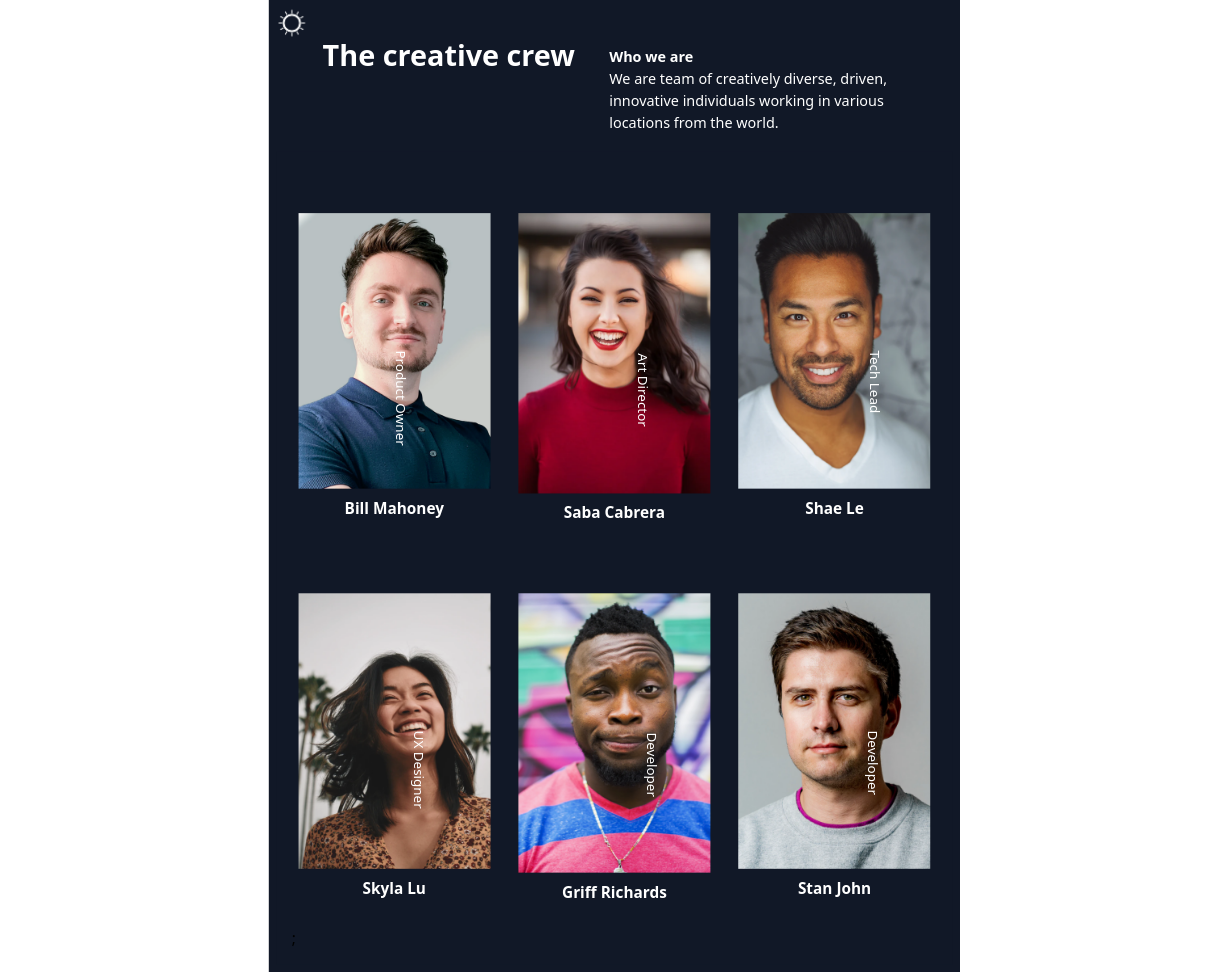
Repository: Alzate1075/Funval-G3-N2
Page: /
These files come from the project's save history. The page is drawn as it stood at one moment and after the next save; the edit follows.
The browser window is 1280 px wide. The pictures show the whole page, at 96% of full size.
The project was rebuilt for these pictures with package versions that can differ from the ones it lists, and the page was loaded fresh each time. Also part of the build but not shown: vite.config.js.

Above is the page before, as saved 2025-07-02 22:29:29.

After the next save:
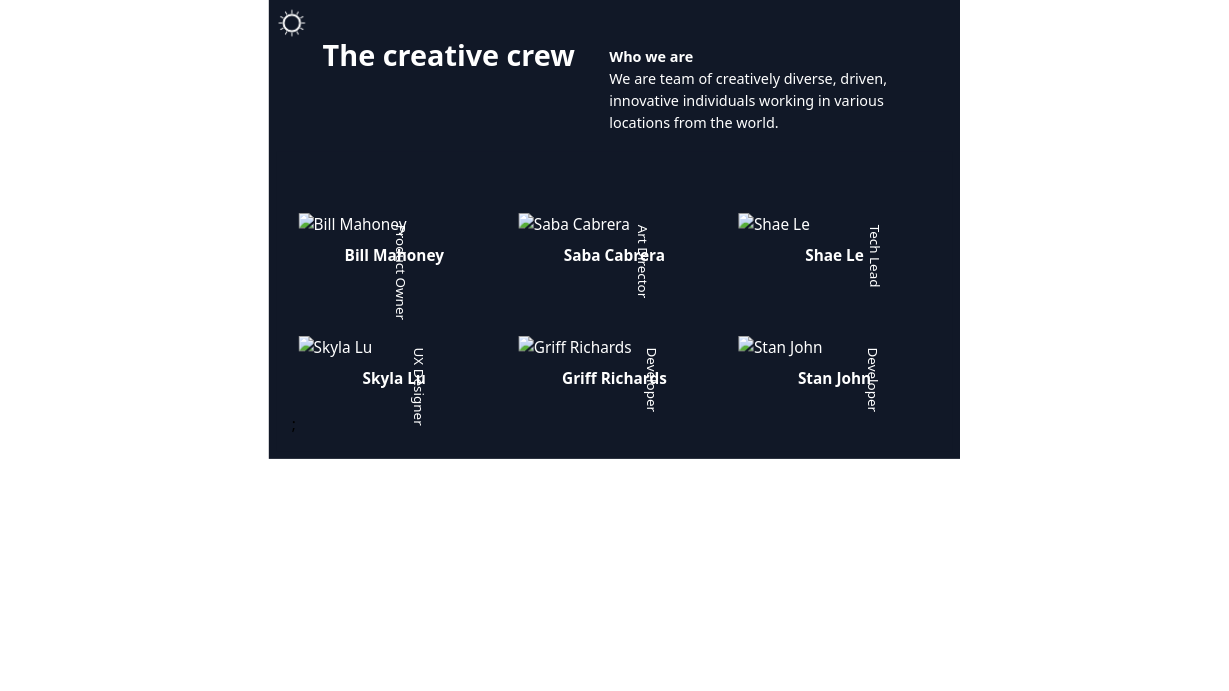
Saved 2 min 34 s later.
--- a/src/App.jsx
+++ b/src/App.jsx
@@ -30,7 +30,7 @@ function CardTeams() {
             key={index}
             name={persona.name}
             role={persona.role}
-            image={persona.image}
+            image={persona.images}
             extraClass={index % 3 === 1 ? "mt-16" : ""}
           />
         ))}
